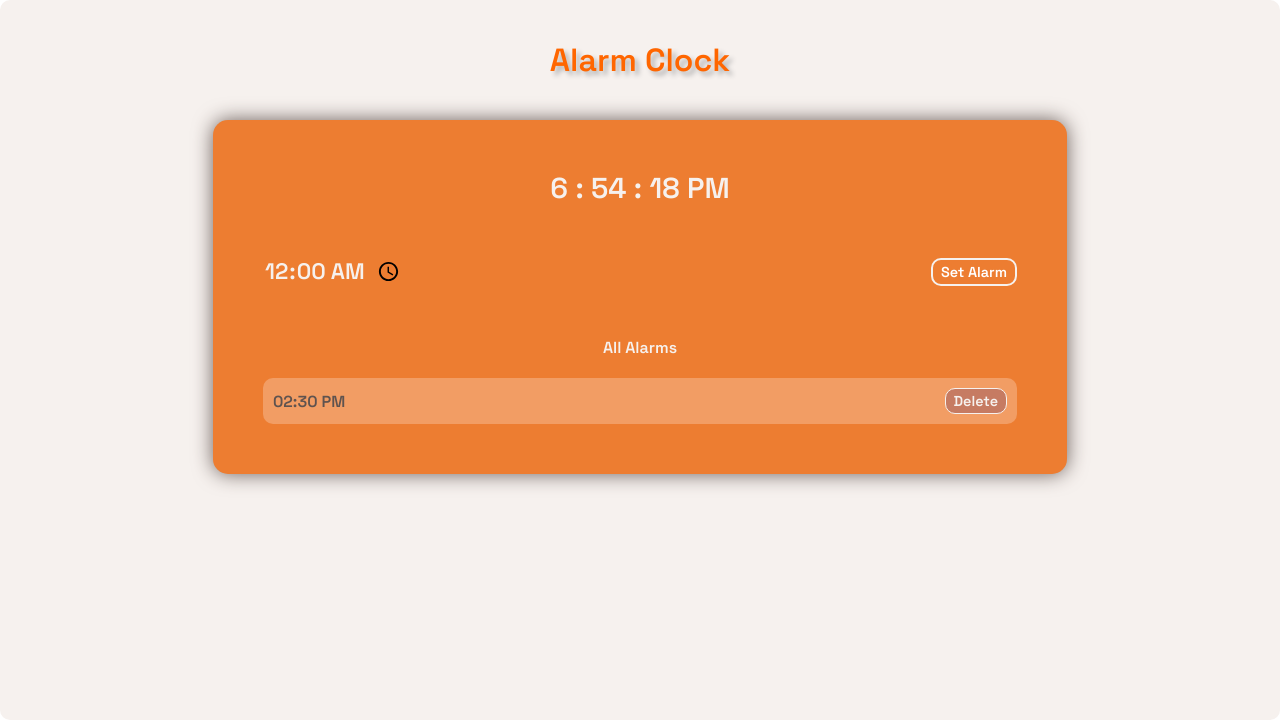
Repository: Pragya016/Alarm-Clock
Page: Index.html
An editor plug-in stored every save of this project. The page is shown before and after a run of saves, followed by the edit.
The browser window is 1280 px wide. The pictures show the whole page.

Above is the page before, as saved 2024-01-19 22:30:35.

### Index.html
<!DOCTYPE html>
<html lang="en">

<head>
    <meta charset="UTF-8">
    <meta name="viewport" content="width=device-width, initial-scale=1.0">
    <!-- css stylesheet -->
    <link rel="stylesheet" href="styles.css">

    <title>Alarm Clock</title>
</head>

<body>
    <div id="box">
        <h1>Alarm Clock</h1>
        <div class="container">

            <!-- showing the current time -->
            <div id="current-time">
                <h2 class="cur-time"></h2>
            </div>

            <!-- to set the alarm -->
            <div id="set-alarm">
                <h3>
                    <input type="time" class="set-time" value="00:00">
                </h3>
                <button type="button" id="set-alarm-btn">
                    Set Alarm
                </button>
            </div>

            <!-- list of alarms that are already been set -->
            <div id="all-alarms">
                <p class="heading"><b>All Alarms</b>
                </p>
                <div class="alarm">
                    <p class="preSetAlarmTime">
                        02:30 PM
                    </p>
                    <button type="button" class="dlt-alarm-btn">
                        Delete
                    </button>
                </div>
            </div>
        </div>
    </div>
    <!-- script -->
    <script src="clock.js"></script>
</body>

</html>

### styles.css
@import url('https://fonts.googleapis.com/css2?family=IBM+Plex+Mono:wght@700&family=Space+Grotesk:wght@600&display=swap');

/* default css styles */
:root {
    --creamColor : #F6F1EE;
    --orangeShadeDark : #ff6600;
    --OrangeColor : #ED7D31;
    --brownColor : #6C5F5B;
    --brownShadeDarker : #5f534f;
    --orangeShadeDarker : #ba4c28;
}

body, html{
    margin: 0;
    padding: 0;
}

*{
    box-sizing: border-box;
    margin: 0;
        font-family: 'IBM Plex Mono', monospace;
font-family: 'Space Grotesk', sans-serif;
}

/* main container */
#box{
    height: 100vh;
    padding: 30px;
    width: 100%;
    margin: auto;
    border-radius: 10px;
    background-color: var(--creamColor);
}

#box h1{
    color: var(--orangeShadeDark);
    text-align: center;
    margin-top: 10px;
    font: 900;
    bord
    font-size: 4rem;
    overflow: hidden;
    text-shadow: 4px 4px 5px rgb(179, 178, 178);
}

/* ----------------------------- */

#current-time{
    font-size: 1.2rem;
}

/* ----------------------------- */

.container {
    color: var(--creamColor);
    height: auto;
    width: 70%;
    overflow: scroll;
    margin: 40px auto 0;
    padding: 50px;
    font-family: Arial, Helvetica, sans-serif;
    display: flex;
    flex-direction: column;
    /* letter-spacing: 3px; */
    align-items: center;
    border-radius: 15px;
    background-color: var(--OrangeColor);
    box-shadow: 0px 0px 20px var(--brownColor);
}

/* ----------------------------- */
/* set alarm container */

#set-alarm {
    display: flex;
    justify-content: space-between;
    width: 100%;
    margin: 50px auto 30px auto;
}

.set-time {
    border: none;
    background-color: #00000000;
    color: var(--creamColor);
}

.set-time{
    border: none;
    font-size: larger;
    font-weight: 600;
}

/* ----------------------------- */
/* all alarms container */

#all-alarms {
    margin-top: 20px;
    display: flex;
    justify-content: space-between;
    width: 100%;
    height: auto;
    flex-direction: column;
    align-items: center;
}

#all-alarms .heading {
    color: var(--creamColor);
}

.alarm{
    display: flex;
    justify-content: space-between;
    width: 100%;
    padding: 10px;
    background-color: rgba(255, 255, 255, 0.247);
    margin-top: 20px;align-items: center;
    border-radius: 10px;
}

.alarm .preSetAlarmTime {
    font-size: 1rem;
    color: var(--brownShadeDarker);
}

.dlt-alarm-btn{
    border: 1px solid var(--creamColor);;
    background-color: hsl(15, 47%, 58%);
    color: var(--creamColor);
}

.dlt-alarm-btn:hover {
    border-color:var(--orangeShadeDarker);
    background-color: #F6F1EE;
    color: var(--orangeShadeDarker);
}

/* ----------------------------- */

button {
    width: auto;
    margin: auto 0;
    border-radius: 10px;
    font: 600;
    font-size: 0.9rem;
    border: none;
     padding: 3px 8px;
    border: 2px solid #F6F1EE;;
    background-color: #ED7D31;
    cursor: pointer;
    color: white;
}

button:hover{
   color: #ce5300;
    background-color: var(--creamColor);
}

### clock.js

// selecting all the elements of html
const currentTime = document.querySelector('.cur-time');
const setNewAlarm = document.querySelector('.set-time');
const setNewAlarmBtn = document.querySelector('#set-alarm-btn');
const preSetAlarmTime = document.querySelector('.preSetAlarmTime');
const deleteBtn = document.querySelector('.dlt-alarm-btn');
const allAlarmsContainer = document.querySelector('#all-alarms');



// --------------------------------------------
// display the current time

function updateTime() {
    let currentDate = new Date();
    let hours = currentDate.getHours();
    let minutes = currentDate.getMinutes();
    let seconds = currentDate.getSeconds();

    // selecting am or pm
    var ampm = (hours >= 12) ? "PM" : "AM";

    // getting hours minutes and seconds
    hours = (hours < 10) ? "0" + hours : hours - 12;
    minutes = (minutes < 10) ? "0" + minutes : minutes;
    seconds = (seconds < 10) ? "0" + seconds : seconds;

    // setting the tet content to current time
    let currentTimeString = `${hours} : ${minutes} : ${seconds} ${ampm}`;
    currentTime.textContent = currentTimeString;
}

setInterval(updateTime, 1000);
updateTime();


// --------------------------------------------
// setting new alarm

setNewAlarmBtn.addEventListener('click', () => {
    // getting the input value
    const timeInput = setNewAlarm.value;
    let [hourVal, minVal] = timeInput.split(':');

        // console.log(minVal, hourVal)
        if (hourVal === '00') {
            hourVal = 12;
        }

        // html for newly created alarm
    const newAlarm = `
            <div class="alarm">
                <p class="preSetAlarmTime">
                    ${hourVal}:${minVal} ${hourVal >= 12 ? 'PM' : 'AM'}
                </p>
                <button type="button" class="dlt-alarm-btn">
                    Delete
                </button>
            </div>
        `;

        // inserting the html to the container
        setTimeout(() => {
            allAlarmsContainer.insertAdjacentHTML('beforeend', newAlarm);
            setNewAlarm.value = '00:00';
            startCountDown(hourVal, minVal);
        }, 300);

});

// --------------------------------------------
function startCountDown(hours, minutes) {
    // calculating seconds
    const totalMin = (hours * 60) + minutes;
    let totalSeconds = totalMin * 60;

    setTimeout(() => {
        alert('alarm ended!!')
    }, totalSeconds)
}


// --------------------------------------------
// deleting the alarm
allAlarmsContainer.addEventListener('click', (e) => {
    // checking if delete alarm btn is present or not
    if (e.target.classList.contains('dlt-alarm-btn')) {

        // finding the closest element
        const alarmElement = e.target.closest('.alarm');

        // deleting the alarm
        if (alarmElement) {
            setTimeout(() => {
                alarmElement.remove();
            }, 300);
        }
    }
});

After the next 2 saves:
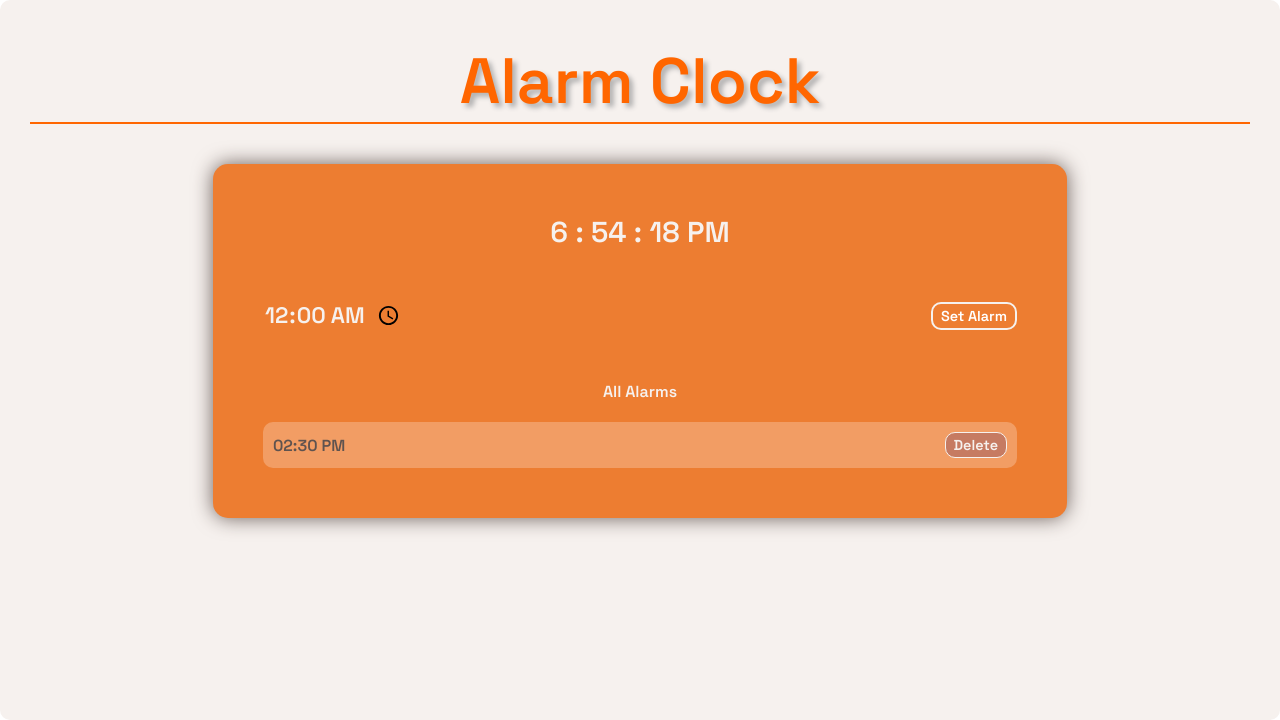
The 2 saves are shown as one change because they came seconds apart.
The last was saved 8 s later.
--- a/styles.css
+++ b/styles.css
@@ -37,7 +37,7 @@ font-family: 'Space Grotesk', sans-serif;
     text-align: center;
     margin-top: 10px;
     font: 900;
-    bord
+    border-bottom: 2px solid var(--orangeShadeDark);
     font-size: 4rem;
     overflow: hidden;
     text-shadow: 4px 4px 5px rgb(179, 178, 178);
